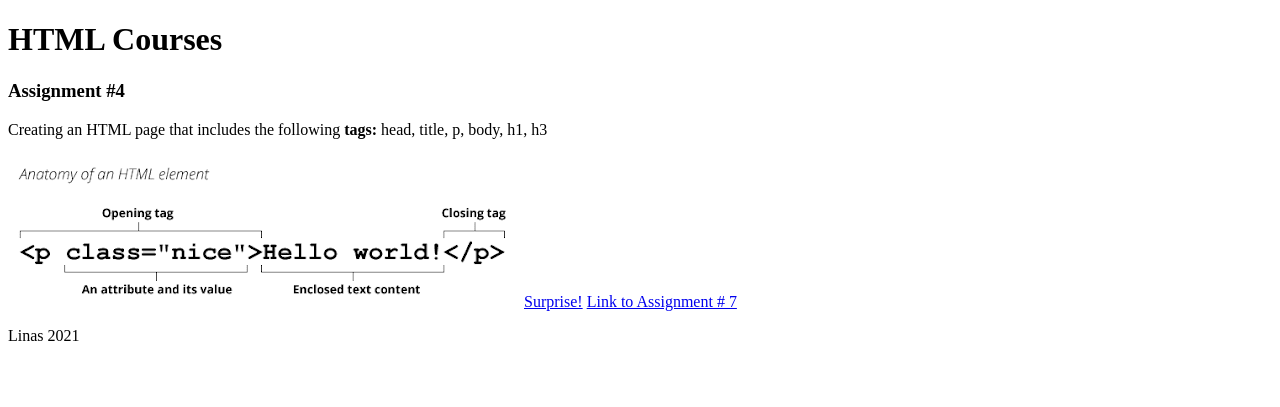
Repository: linas-dev/HTML-CSS-Projects
Page: Assignment.html
The author's editor kept a copy of each file at every save. The page is drawn from the files as they stood at one save, then again after the next save.
The browser window is 1280 px wide. The pictures show the whole page.

Above is the page before, as saved 2021-05-26 18:46:39.

### Assignment.html
<!DOCTYPE html>
<html lang="en">
<head>
    <meta charset="UTF-8">
    <meta http-equiv="X-UA-Compatible" content="IE=edge">
    <meta name="viewport" content="width=device-width, initial-scale=1.0">
    <title>Assignment # 4</title>
</head>
<body>
    <main>
        <h1>HTML Courses </h1>
    </main>
        <h3>Assignment #4</h3>
        <p>Creating an HTML page that includes the following <strong>tags: </strong>
            head, title, p, body, h1, h3
        </p>
        <img src="1.png" alt="html elements">
        <a href="dog.html">Surprise!</a>
        <a href="https://my.pitman-training.com/courses/60930/pages/assignment-number-7?module_item_id=922946">Link to Assignment # 7</a>
    <footer>
        <p>Linas 2021</p>
    </footer>
</body>
</html>

After the next save:
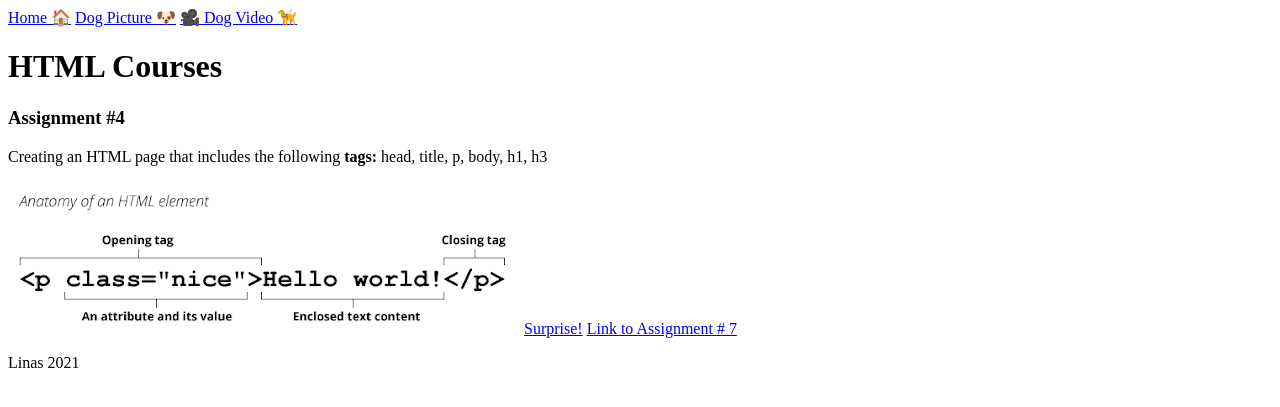
Saved 51 s later.
--- a/Assignment.html
+++ b/Assignment.html
@@ -8,6 +8,11 @@
 </head>
 <body>
     <main>
+        <nav>
+            <a href="Assignment.html">Home 🏠</a>
+            <a href="dog.html">Dog Picture 🐶</a>
+            <a href="Dog_Video.html">🎥 Dog Video 🦮</a>
+        </nav>
         <h1>HTML Courses </h1>
     </main>
         <h3>Assignment #4</h3>
